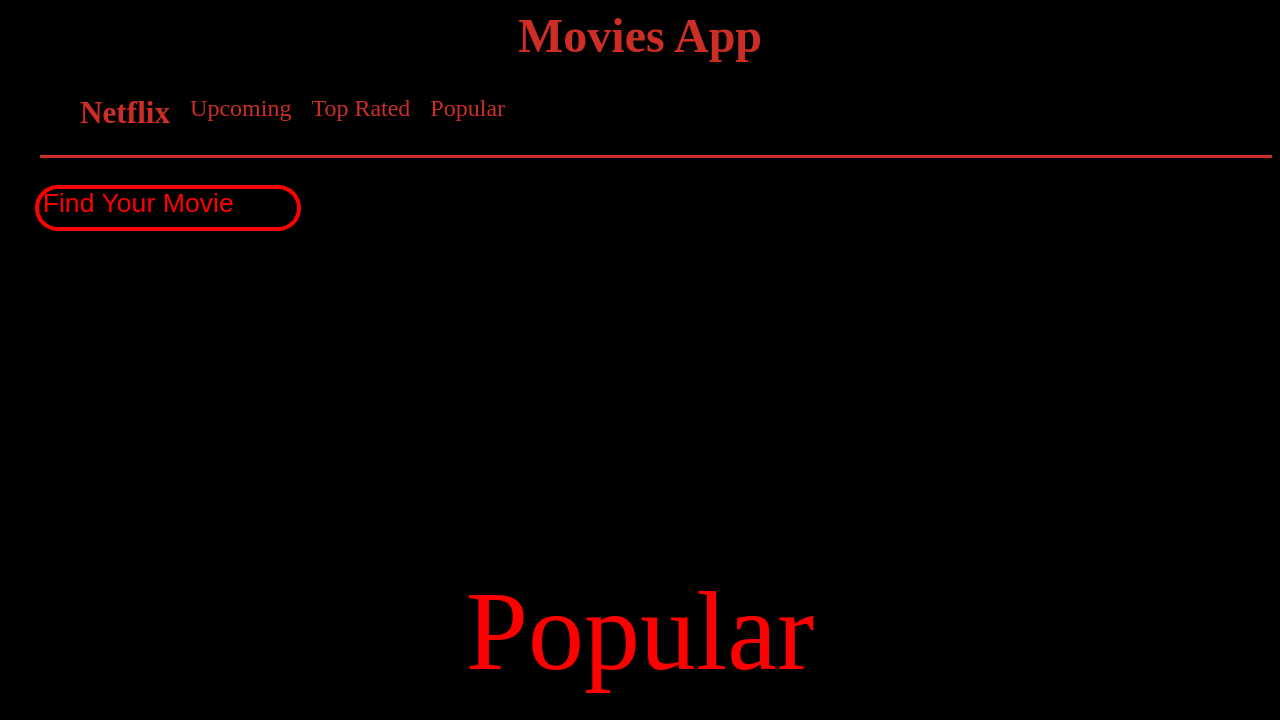
Repository: runner855/movie-app
Page: /popular
These files come from the project's save history. The page is drawn as it stood at one moment and after a run of saves; the edit follows.
The browser window is 1280 px wide. The pictures show the whole page.
The page's requests for data from a server got no answer. The project was rebuilt for these pictures with package versions that can differ from the ones it lists, and the page was loaded fresh each time. No one was signed in, and anything a server would have sent is missing. Also part of the build but not shown: src/styles/TopRated.css, src/components/TopRated.tsx, src/styles/Upcoming.css, src/components/Upcoming.tsx.

Above is the page before, as saved 2022-11-16 18:45:14.

### src/index.tsx
import React from "react";
import ReactDOM from "react-dom/client";
import { BrowserRouter } from "react-router-dom";
import "./styles/index.css";
import { App } from "./components/App";

const root = ReactDOM.createRoot(
  document.getElementById("root") as HTMLElement
);
root.render(
  <React.StrictMode>
    <BrowserRouter>
      <App />
    </BrowserRouter>
  </React.StrictMode>
);

### src/styles/index.css
body {
  background-color: #000000;
}

code {
  font-family: source-code-pro, Menlo, Monaco, Consolas, "Courier New",
    monospace;
}

### src/components/App.tsx
import React from "react";
import "../styles/App.css";
import { BrowserRouter as Router, Routes, Route, Link } from "react-router-dom";

import { NavBar } from "../components/NavBar";
import { TopRated } from "../components/TopRated";
import { Upcoming } from "./Upcoming";
import { Popular } from "./Popular";
import { MoviesFilter } from "./MoviesFilter";

export const App = () => {
  return (
    <div className="App">
      <div className="title">Movies App</div>

      <NavBar />
      <MoviesFilter />

      <Routes>
        <Route path="/" element={<Upcoming />} />

        <Route path="/top-rated" element={<TopRated />} />
        <Route path="/popular" element={<Popular />} />
      </Routes>
    </div>
  );
};

### src/styles/App.css
.title {
  color: #cc2e25;
  text-align: center;
  font-weight: bold;
  font-size: 3em;
}

### src/components/NavBar.tsx
import * as React from "react";
import "../styles/NavBar.css";
import { Link } from "react-router-dom";

export const NavBar = () => {
  return (
    <header className="navbar">
      <nav>
        <ul>
          <li className="logo">Netflix</li>
          <li>
            <Link className="item" to="/">
              Upcoming
            </Link>
          </li>
          <li>
            <Link className="item" to="/top-rated">
              Top Rated
            </Link>
          </li>
          <li>
            <Link className="item" to="/popular">
              Popular
            </Link>
          </li>
        </ul>
      </nav>
    </header>
  );
};

### src/components/Popular.tsx
import React, { useState, useEffect } from "react";
import axios from "axios";
import "../styles/Popular.css";
import MoviesCall from "../api/MoviesCall";
import { couldStartTrivia } from "typescript";

export const Popular = () => {
  const [movies, setMovies] = useState<string>("");

  useEffect(() => {
    MoviesCall.get(
      "/3/movie/popular?api_key=63cce6cf085f07533c65787732f436aa",
      {
        params: { query: movies },
      }
    ).then((res) => {
      setMovies(res.data.results);
    });
  });

  return <div className="popular_page">Popular</div>;
};

### src/components/MoviesFilter.tsx
import * as React from "react";
import "../styles/MoviesFilter.css";

export const MoviesFilter = () => {
  return (
    <div className="movie_search">
      <input
        className="search-input"
        type="search"
        // onChange={(e) => setValue(e.target.value)}
        // value={value}
        placeholder={"Find Your Movie"}
      />
    </div>
  );
};

### src/styles/NavBar.css
ul {
  text-align: left;
  list-style: none;
  font-size: 1.5em;
  display: flex;
}
ul li {
  margin-right: 20px;
  color: #cc2e25;
}

a {
  text-decoration: none;
}

a,
a:visited,
a:hover,
a:active {
  color: inherit;
}

.navbar {
  margin: 2em 0em 0em 2em;
}
a:hover {
  border-bottom: solid 3px #cc2e25;
}

.logo {
  font-weight: bold;
  font-size: 1.3em;
}

.navbar {
  border-bottom: #cc2e25 solid 0.2em;
}

### src/styles/Popular.css
.popular_page {
  color: red;
  text-align: center;
  margin-top: 3em;
  font-size: 7em;
}

### src/api/MoviesCall.tsx
import axios from "axios";

export default axios.create({
  baseURL: "https://api.themoviedb.org/",
  headers: { Authorization: `Api_KEY ${process.env.REACT_APP_API_KEY}` },
});

### src/styles/MoviesFilter.css
.movie_search input {
  text-align: left;
  margin: 2em 0em 0em 2em;
}

input {
  border: solid red 0.3em;
  border-radius: 2em;
  background-color: #0000;
  width: 20em;
  height: 3.5em;
}

input::placeholder {
  color: red;
  font-size: 2em;
  padding: 2px;
}

Loaded but not shown: public/index.html (common file)

After the next 2 saves:
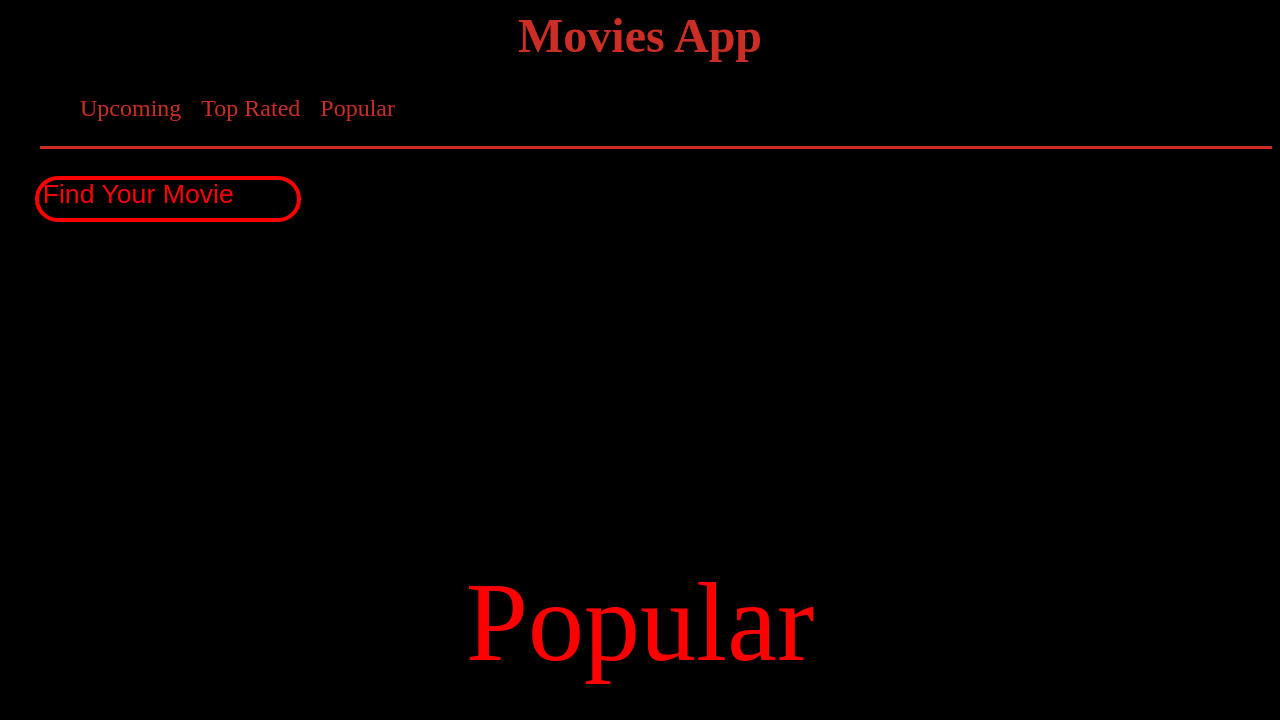
The 2 saves are shown as one change because 1 did not build or start.
The last was saved 85 s later.
--- a/src/components/NavBar.tsx
+++ b/src/components/NavBar.tsx
@@ -7,7 +7,6 @@
     <header className="navbar">
       <nav>
         <ul>
-          <li className="logo">Netflix</li>
           <li>
             <Link className="item" to="/">
               Upcoming
